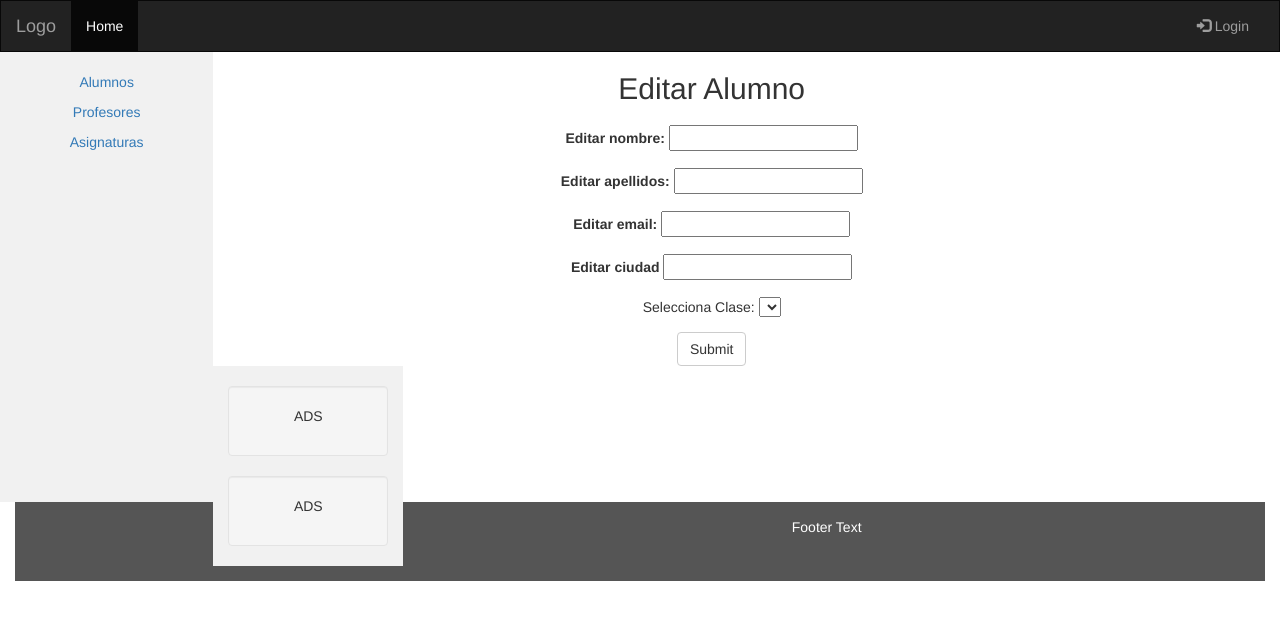
Repository: gsegovia69/BecaJava_2019
Page: http://localhost/editar
The author's editor kept a copy of each file at every save. The page is drawn from the files as they stood at one save, then again after the next save.
The browser window is 1280 px wide. The pictures show the whole page.
The page is this project's Thymeleaf template; nobody is signed in. The template is opened directly, without the code that normally fills it, so the values that code supplies are empty.

Above is the page before, as saved 2019-05-16 11:04:02.

### EJERCICIOS/ROBERTO_QUESADA/Everis/springisthebest/springisthebest/src/main/resources/templates/editar.html
<!DOCTYPE html>
<html xmlns="http://www.w3.org/1999/xhtml"
	  xmlns:th="http://www.thymeleaf.org">
<head>
  <title>Bootstrap Example</title>
  <meta charset="utf-8">
  <meta name="viewport" content="width=device-width, initial-scale=1">
  <link rel="stylesheet" href="https://maxcdn.bootstrapcdn.com/bootstrap/3.4.0/css/bootstrap.min.css">
  <script src="https://ajax.googleapis.com/ajax/libs/jquery/3.4.0/jquery.min.js"></script>
  <script src="https://maxcdn.bootstrapcdn.com/bootstrap/3.4.0/js/bootstrap.min.js"></script>
  <style>
    /* Remove the navbar's default margin-bottom and rounded borders */
    .navbar {
      margin-bottom: 0;
      border-radius: 0;
    }

    /* Set height of the grid so .sidenav can be 100% (adjust as needed) */
    .row.content {height: 450px}

    /* Set gray background color and 100% height */
    .sidenav {
      padding-top: 20px;
      background-color: #f1f1f1;
      height: 100%;
    }

    /* Set black background color, white text and some padding */
    footer {
      background-color: #555;
      color: white;
      padding: 15px;
    }

    /* On small screens, set height to 'auto' for sidenav and grid */
    @media screen and (max-width: 767px) {
      .sidenav {
        height: auto;
        padding: 15px;
      }
      .row.content {height:auto;}
    }
  </style>
</head>
<body>
<nav class="navbar navbar-inverse">
  <div class="container-fluid">
    <div class="navbar-header">
      <button type="button" class="navbar-toggle" data-toggle="collapse" data-target="#myNavbar">
        <span class="icon-bar"></span>
        <span class="icon-bar"></span>
        <span class="icon-bar"></span>
      </button>
      <a class="navbar-brand" href="#">Logo</a>
    </div>
    <div class="collapse navbar-collapse" id="myNavbar">
      <ul class="nav navbar-nav">
        <li class="active"><a href="#">Home</a></li>
      </ul>
      <ul class="nav navbar-nav navbar-right">
        <li><a href="#"><span class="glyphicon glyphicon-log-in"></span> Login</a></li>
      </ul>
    </div>
  </div>
</nav>

<div class="container-fluid text-center">
  <div class="row content">
    <div class="col-sm-2 sidenav">
      <p><a th:href="@{/listado}">Alumnos</a></p>
      <p><a th:href="@{/listadoprofesores}">Profesores</a></p>
      <p><a th:href="@{/listasign}">Asignaturas</a></p>
    </div>
<div class="container">
  <h2>Editar Alumno</h2>

  <h3 th:text="${alumno.nombre}">nombre</h3>
  <h3 th:text="${alumno.apellidos}">apellido</h3>
  <form action=# method="post" th:object="${alumno}" th:action="@{/editarAlumno}">
    <div class="form-group">
      <label for="nombre">Editar nombre:</label>
      <input type="text" th:field="${alumno.nombre}" >
    </div>
    <div class="form-group">
    	<label for="nombre">Editar apellidos:</label>
      	<input type="text" th:field="${alumno.apellidos}" >
    </div>
       <div class="form-group">
    	<label for="nombre">Editar email:</label>
      	<input type="text" th:field="${alumno.email}" >
    </div>
       <div class="form-group">
    	<label for="nombre">Editar ciudad</label>
      	<input type="text" th:field="${alumno.ciudad}" >
    </div>
      <div>
                <td>Selecciona Clase:</td>
                <td>
                    <select th:field= "${alumno.idClase.id}" >
                         <option th:each="curso : ${alumno.cursos}"
                            th:value="${{curso.id}}"
                            th:text="${curso.nombre}"
                            th:selected="(${curso.id} == ${alumno.idClase.id})"/>
                  </select>
                    </td>

                  </div>
       <div class="form-group">
      	<input type="hidden" th:field="${alumno.id}" >
    </div>

    <button type="submit" class="btn btn-default">Submit</button>
  </form>
 <div class="col-sm-2 sidenav">
      <div class="well">
        <p>ADS</p>
      </div>
      <div class="well">
        <p>ADS</p>
      </div>
    </div>
  </div>
</div>

<footer class="container-fluid text-center">
  <p>Footer Text</p>
</footer>

</body>
</html>

After the next save:
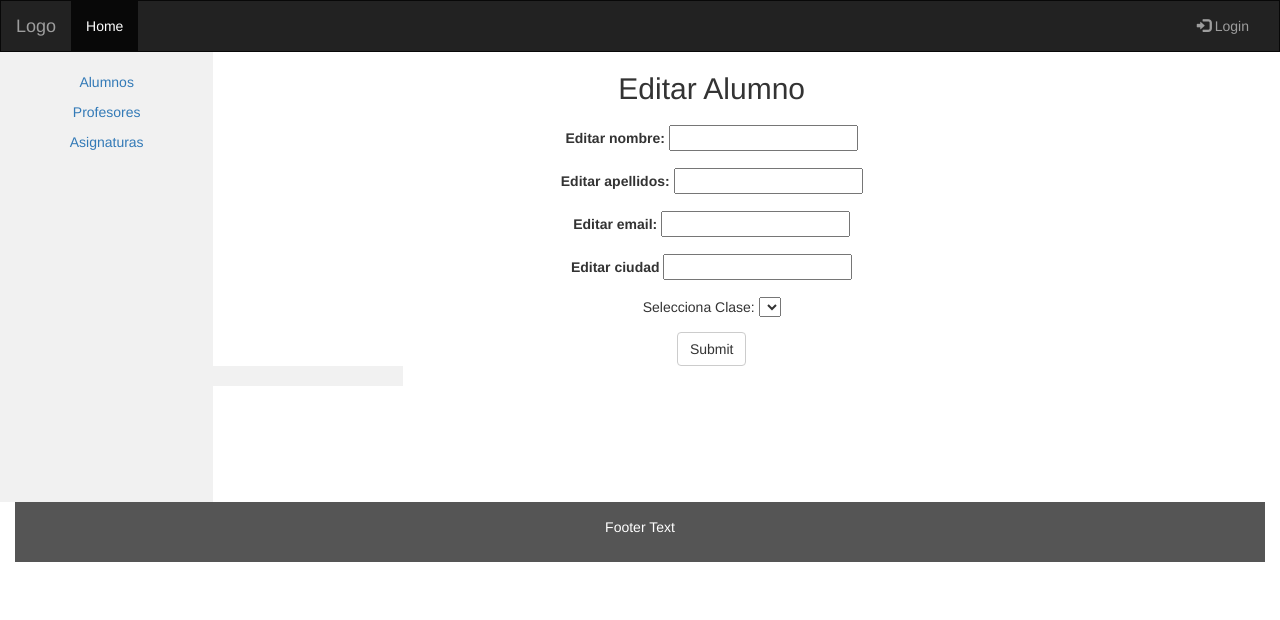
Saved 40 s later.
--- a/EJERCICIOS/ROBERTO_QUESADA/Everis/springisthebest/springisthebest/src/main/resources/templates/editar.html
+++ b/EJERCICIOS/ROBERTO_QUESADA/Everis/springisthebest/springisthebest/src/main/resources/templates/editar.html
@@ -112,12 +112,7 @@
     <button type="submit" class="btn btn-default">Submit</button>
   </form>
  <div class="col-sm-2 sidenav">
-      <div class="well">
-        <p>ADS</p>
-      </div>
-      <div class="well">
-        <p>ADS</p>
-      </div>
+
     </div>
   </div>
 </div>
